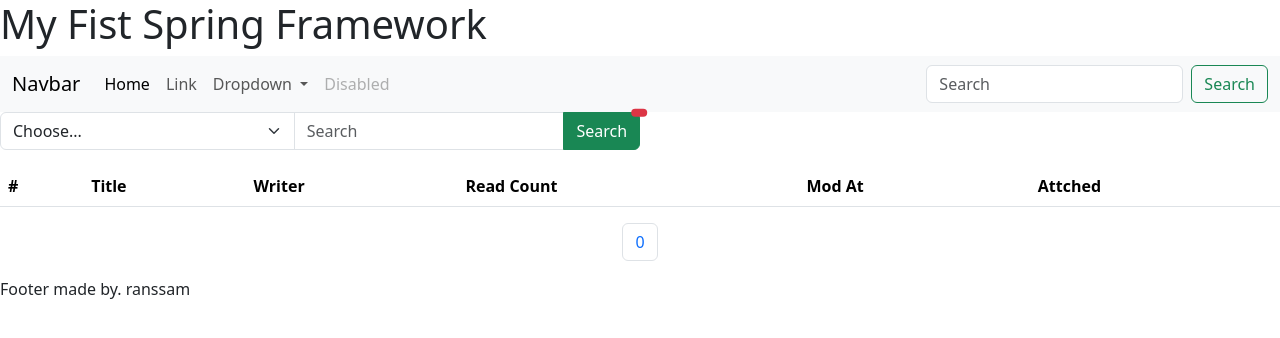
Repository: dhalfks/springSecurityTest
Page: http://localhost/springTest/WEB-INF/views/board/list.jsp
These files come from the project's save history. The page is drawn as it stood at one moment and after the next save; the edit follows.
The browser window is 1280 px wide. The pictures show the whole page.
The page is served by Tomcat 9. Nobody is signed in. The template is opened directly, without the code that normally fills it, so the values that code supplies are empty.

Above is the page before, as saved 2023-09-29 13:12:17.

After the next save:
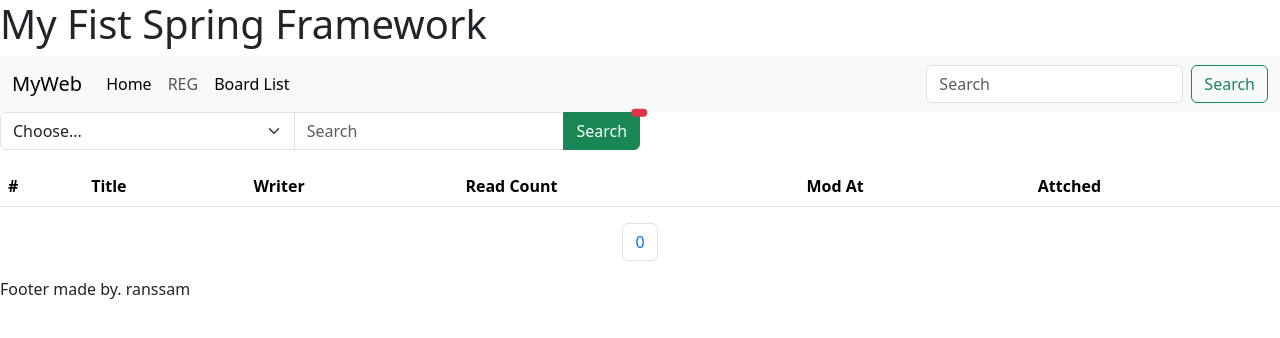
Saved 102 s later.
--- a/_spring_workspace/springTest/src/main/webapp/WEB-INF/views/common/nav.jsp
+++ b/_spring_workspace/springTest/src/main/webapp/WEB-INF/views/common/nav.jsp
@@ -16,31 +16,21 @@
 
 <nav class="navbar navbar-expand-lg bg-body-tertiary">
   <div class="container-fluid">
-    <a class="navbar-brand" href="#">Navbar</a>
+    <a class="navbar-brand" href="#">MyWeb</a>
     <button class="navbar-toggler" type="button" data-bs-toggle="collapse" data-bs-target="#navbarSupportedContent" aria-controls="navbarSupportedContent" aria-expanded="false" aria-label="Toggle navigation">
       <span class="navbar-toggler-icon"></span>
     </button>
     <div class="collapse navbar-collapse" id="navbarSupportedContent">
       <ul class="navbar-nav me-auto mb-2 mb-lg-0">
         <li class="nav-item">
-          <a class="nav-link active" aria-current="page" href="#">Home</a>
+          <a class="nav-link active" aria-current="page" href="/">Home</a>
         </li>
         <li class="nav-item">
-          <a class="nav-link" href="#">Link</a>
+          <a class="nav-link" href="/board/register">REG</a>
         </li>
-        <li class="nav-item dropdown">
-          <a class="nav-link dropdown-toggle" href="#" role="button" data-bs-toggle="dropdown" aria-expanded="false">
-            Dropdown
-          </a>
-          <ul class="dropdown-menu">
-            <li><a class="dropdown-item" href="#">Action</a></li>
-            <li><a class="dropdown-item" href="#">Another action</a></li>
-            <li><hr class="dropdown-divider"></li>
-            <li><a class="dropdown-item" href="#">Something else here</a></li>
-          </ul>
-        </li>
+
         <li class="nav-item">
-          <a class="nav-link disabled" aria-disabled="true">Disabled</a>
+          <a class="nav-link active" href="/board/list" >Board List</a>
         </li>
       </ul>
       <form class="d-flex" role="search">
